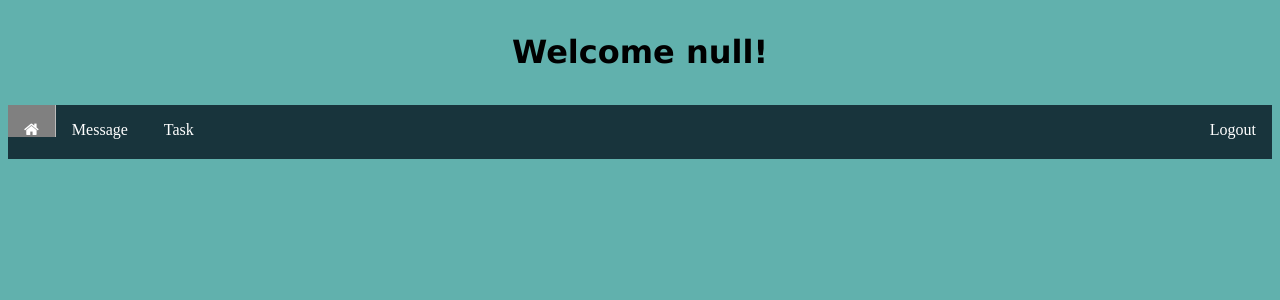
Repository: orsolyanemet/WebProject
Page: http://localhost/Project/userhome.jsp
The author's editor kept a copy of each file at every save. The page is drawn from the files as they stood at one save, then again after the next save.
The browser window is 1280 px wide. The pictures show the whole page.
The page is served by Tomcat 9. Nobody is signed in. The application's start-up code is not run. Other server files are loaded and not shown.

Above is the page before, as saved 2018-06-11 21:30:39.

### Project/WebContent/userhome.jsp
<!--Nemet Orsolya, noim1553, 532/1 csoport, Project -->
<!DOCTYPE html>
<html>
<head>
<title>Event Organizer</title>
<meta name="viewport" content="width=device-width, initial-scale=1">
<link rel="stylesheet"
	href="https://cdnjs.cloudflare.com/ajax/libs/font-awesome/4.7.0/css/font-awesome.min.css">
<link rel="stylesheet" type="text/css" href="styles/userhome.css">
</head>
<body>
	<h1>
		Welcome
		<%
		out.print(request.getSession().getAttribute("logedUsername"));
	%>!
	</h1>
	<ul>
		<li><a class="active" href="userhome.jsp"><i class="fa fa-home"></i></a></li>
		<div class="dropdown">
			<li class="dropbtn"><a href="">Message</a>
				<div class="dropdown-content">
					<a href=""><i class="fa fa-envelope-o"></i> Inbox</a> <a href=""><i class="fa fa-trash-o"></i>
						Trash</a>
				</div></li>
		</div>
		<div class="dropdown">
			<li class="dropbtn"><a href="">Task</a>
				<div class="dropdown-content">
					<a href=""><i class="fa fa-list"></i> List</a> <a href=""><i class="fa fa-check-square-o"></i> Change status</a><a href=""><i class="fa fa-list-alt"></i> Others tasks</a>
				</div></li>
		</div>
		<li class="right" onclick="logout('')"><a href="">Logout</a></li>
	</ul>
</body>
</html>

### Project/WebContent/styles/userhome.css
/*Nemet Orsolya, noim1553, 532 csoport*/
/*Project*/
body {
	background-color: #61b1ad;
}

h1 {
	text-align: center;
	font-family: Verdana;
	padding: 12px 20px;
}

h2, h3, h4 {
	font-family: Verdana;
}

ul {
	list-style-type: none;
	margin: 0;
	padding: 0;
	overflow: hidden;
	background-color: #18343c;
}

li {
	float: left;
	border-right: 1px solid #bbb;
}

li:last-child {
	border-right: none;
}

li a {
	display: block;
	color: white;
	text-align: center;
	padding: 16px 16px;
	text-decoration: none;
}

li a:hover:not (.active ) {
	background-color: #A9A9A9;
}

.active {
	background-color: #808080;
}

.right {
	float: right;
}

.dropbtn {
	color: white;
	font-size: 16px;
	border: none;
	cursor: pointer;
}

.dropdown {
	position: relative;
	display: inline-block;
}

.dropdown-content {
	display: none;
	position: fixed;
	background-color: #18343c;
	color: white;
	min-width: 80px;
	box-shadow: 0px 8px 16px 0px rgba(0, 0, 0, 0.2);
	z-index: 10;
}

.dropdown-content a {
	color: white;
	padding: 16px 16px;
	text-decoration: none;
	display: block;
}

.dropdown-content a:hover {
	background-color: #A9A9A9
}

.dropdown:hover .dropdown-content {
	display: block;
}
i{
	float:left;
}

After the next save:
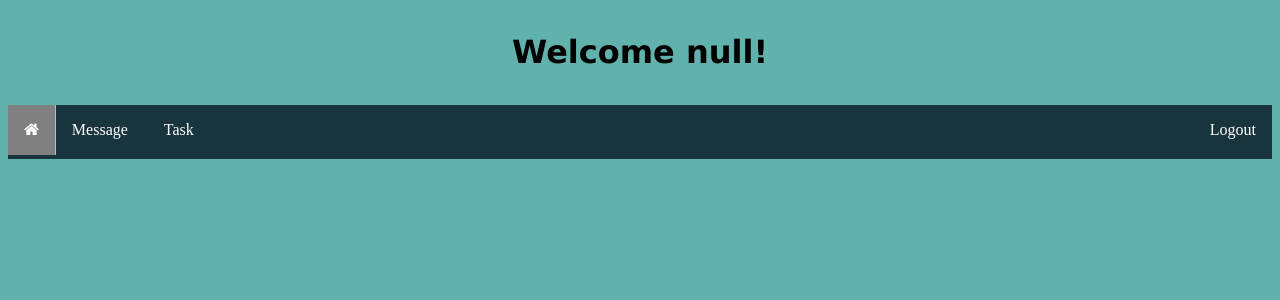
Saved 7 s later.
--- a/Project/WebContent/styles/userhome.css
+++ b/Project/WebContent/styles/userhome.css
@@ -87,6 +87,6 @@ li a:hover:not (.active ) {
 .dropdown:hover .dropdown-content {
 	display: block;
 }
-i{
+.ileft{
 	float:left;
 }
